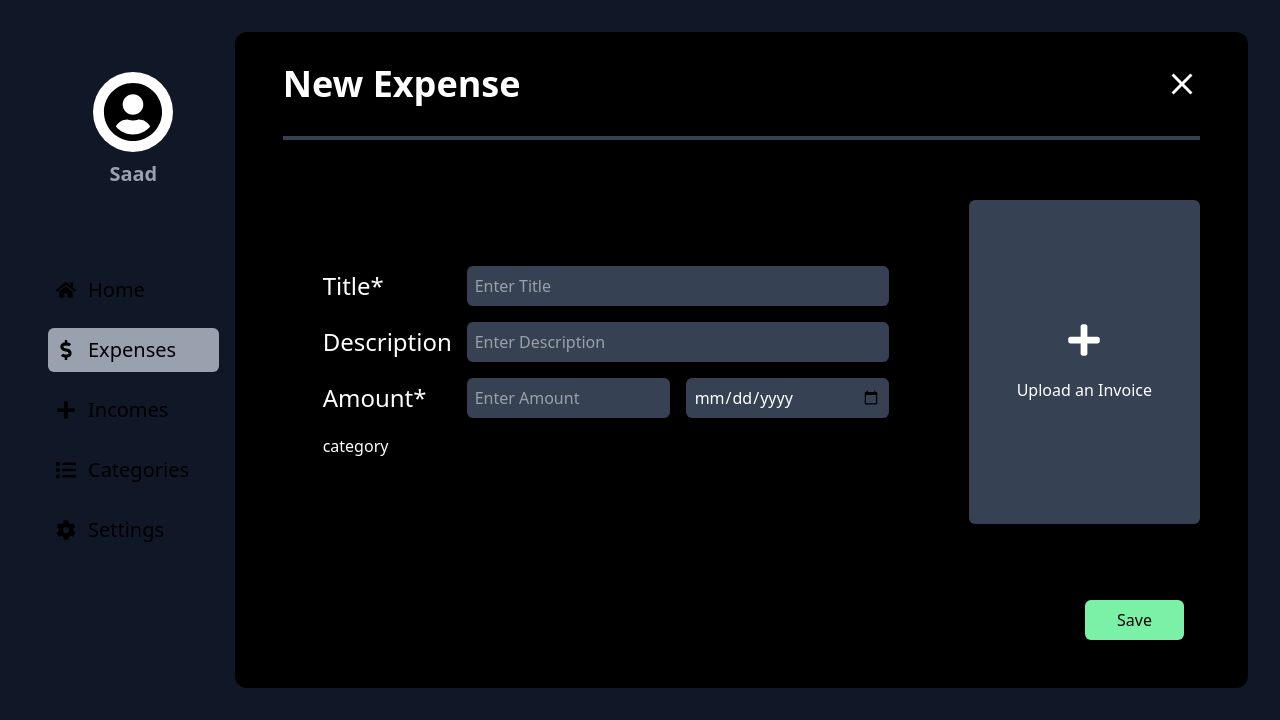
Repository: saad-naveed-brainx/Expense
Page: /expenses
An editor plug-in stored every save of this project. The page is shown before and after a run of saves, followed by the edit.
The browser window is 1280 px wide. The pictures show the whole page.
The project was rebuilt for these pictures with package versions that can differ from the ones it lists, and the page was loaded fresh each time. Also part of the build but not shown: vite.config.js, src/components/LandingPage.jsx, src/components/NotUsed.jsx.

Above is the page before, as saved 2025-09-04 17:32:27.

### index.html
<!doctype html>
<html lang="en">
  <head>
    <meta charset="UTF-8" />
    <link rel="icon" type="image/svg+xml" href="/vite.svg" />
    <link rel="stylesheet" href="/src/index.css" />
    <meta name="viewport" content="width=device-width, initial-scale=1.0" />
    <title>Vite + React</title>
  </head>
  <body>
    <div id="root"></div>
    <script type="module" src="/src/main.jsx"></script>
  </body>
</html>

### src/index.css
@import "tailwindcss";
@variant dark (.dark &);

### src/main.jsx
import { createRoot } from "react-dom/client";
import { Provider } from "react-redux";
import store from "./redux/store.js";
import "./index.css";
import App from "./App.jsx";

createRoot(document.getElementById("root")).render(

    <Provider store={store}>
      <App />
    </Provider>
);

### src/redux/store.js
import {configureStore} from '@reduxjs/toolkit'
import expenseReducer from './ExpenseSlice'
import themeReducer from './ThemeSlics'

export default configureStore({
    reducer: {
        expense: expenseReducer,
        theme: themeReducer,
    },
})

### src/App.jsx

import { Route,createBrowserRouter,createRoutesFromElements,RouterProvider } from 'react-router-dom'
import RootLayout from './components/RootLayout'
import LandingPage from './components/LandingPage'
import Expenses from './components/Expenses'
import NotUsed from './components/NotUsed'

function App() {

  const router = createBrowserRouter(
    createRoutesFromElements(
      <Route path='/' element={<RootLayout />}>
        <Route index element={<LandingPage />} />
        <Route path='/expenses' element={<Expenses />} />
        <Route path='/incomes' element={<NotUsed pageName="Incomes" />} />
        <Route path='/categories' element={<NotUsed pageName="Categories" />} />
        <Route path='/settings' element={<NotUsed pageName="Settings" />} />
      </Route>
    )
  )

  return (
    <RouterProvider router={router} />
  )
}

export default App

### src/redux/ExpenseSlice.js
import {createSlice } from '@reduxjs/toolkit'
import { v4 as uuidv4 } from 'uuid'


const initialState = {
    expenses: [{
        id: uuidv4(),
        amount: 0,
        date: null,
        category: '',
        description: '',
    }],
}


const expenseSlice = createSlice({
    name: 'expenseSlice',
    initialState,
    reducers:{
        addExpense: (state, action) =>{
            const newExpense = {
                id: uuidv4(),
                amount: action.payload.amount,
                date: new Date().toISOString(),
                category: action.payload.category,
                description: action.payload.description,
                title: '',
            }
            state.expenses.push(newExpense)
        },
        deleteExpense: (state, action) =>{
            state.expenses = state.expenses.filter(expense => expense.id !== action.payload.id)
            },
        editExpense: (state, action) =>{
            const index = state.expenses.findIndex(expense => expense.id === action.payload.id)
            if(index !== -1){
                state.expenses[index] = action.payload
            }
        },
    }
})

export const { addExpense, deleteExpense, editExpense } = expenseSlice.actions
export default expenseSlice.reducer

### src/redux/ThemeSlics.js
import { createSlice } from '@reduxjs/toolkit'

const initialState = {
    isDarkMode: localStorage.getItem('isDarkMode')? JSON.parse(localStorage.getItem('isDarkMode')):true,
}

const themeSlice = createSlice({
    name: 'themeSlice',
    initialState,
    reducers: {
        toggleTheme: (state) => {
            state.isDarkMode = !state.isDarkMode;
            localStorage.setItem('isDarkMode', JSON.stringify(state.isDarkMode));
        }
    }
})

export const { toggleTheme } = themeSlice.actions;

export default themeSlice.reducer;

### src/components/RootLayout.jsx
import React from 'react'
import LeftSection from './LeftSection'

import { Outlet } from 'react-router-dom'

export default function RootLayout() {
  return (
    <div className="flex w-full h-screen p-8 bg-gray-900">
      <div className="w-1/6">
        <LeftSection />
      </div>
      <div className="w-5/6"> <Outlet /></div>
    </div>
  );
}

### src/components/Expenses.jsx
import React from 'react'
import { IoMdClose } from "react-icons/io";
import { FaPlus } from "react-icons/fa";
import { useForm } from "react-hook-form"

export default function Expenses() {
  const {
    register,
    handleSubmit,
    watch,
    formState: { errors },
  } = useForm()

  const onSubmit = (data) => console.log(data)


  return (
    <div className='bg-black rounded-xl p-4 h-full flex flex-col py-8 px-12 text-white gap-15'>
      <div className='flex flex-col gap-8'>
      <div className='flex items-center justify-between'>
        <h1 className='text-white text-4xl font-bold'>New Expense</h1>
        <button className='text-white'>
          <IoMdClose className='text-4xl' />
        </button>
      </div>
      <div className='w-full h-1 bg-gray-700'></div>
      </div>
      <div className='flex items-center justify-evenly h-full gap-10'>
        <div className='w-full'>
          <form className='p-10 flex flex-col gap-4' onSubmit={handleSubmit(onSubmit)}>
            <div className='flex gap-4 items-center'>
              <h1 className='text-2xl w-32 shrink-0'>Title*</h1>
              <input type="text" placeholder='Enter Title' className='bg-gray-700 rounded-md p-2 flex-1 min-w-0' {...register("title", {required:true})} />
            </div>
            <div className='flex gap-4 items-center'>
              <h1 className='text-2xl w-32 shrink-0'>Description</h1>
              <input type="text" placeholder='Enter Description' className='bg-gray-700 rounded-md p-2 flex-1 min-w-0' {...register("description")} />
            </div>
            <div className='flex gap-4 items-center'>
              <h1 className='text-2xl w-32 shrink-0'>Amount*</h1>
              <input
                type="number"
                min={0}
                placeholder='Enter Amount'
                className='bg-gray-700 rounded-md p-2 flex-1 min-w-0 '
                {...register("amount", { required: true, min: 0, valueAsNumber: true })}
              />
              <input type="date"  placeholder='Select Date' className='bg-gray-700 rounded-md p-2 flex-1 min-w-0' {...register("date", {required:true})} />
            </div>
            <div className='flex gap-4 items-center'>
              <h1>category</h1>
            </div>
          </form>
        </div>
        <div className='bg-gray-700 rounded-md p-2 h-full w-full flex flex-col gap-5 items-center justify-center cursor-pointer'>
          <FaPlus className='text-4xl' />
          <h1>Upload an Invoice</h1>
        </div>
      </div>

      <div className='flex items-center justify-end p-4'>
          <button type='submit' className='bg-green-300 rounded-md p-2 text-black px-8 py-2
          '>Save</button>
      </div>
    </div>

  )
}

### src/components/LeftSection.jsx
import React from "react";
import { FaUserCircle } from "react-icons/fa";
import NavCard from "./NavCard";
import { FaHome, FaDollarSign, FaPlus, FaList, FaCog } from "react-icons/fa";

const navJson = [
  {
    path: "/",
    title: "Home",
    icon: FaHome,
  },
  {
    path: "/expenses",
    title: "Expenses",
    icon: FaDollarSign,
  },
  {
    path: "/incomes",
    title: "Incomes",
    icon: FaPlus,
  },
  {
    path: "/categories",
    title: "Categories",
    icon: FaList,
  },
  {
    path: "/settings",
    title: "Settings",
    icon: FaCog,
  },
];

export default function LeftSection() {
  return (
    <div className="flex flex-col items-center justify-center p-4 pt-10 gap-20">
      <div className="flex flex-col items-center justify-center gap-2">
        <div className="rounded-full bg-white w-20 h-20 flex items-center justify-center">
          <FaUserCircle className="text-black text-6xl" />
        </div>
        <div className="text-gray-400 text-xl font-bold">Saad</div>
      </div>
      <div className="flex flex-col items-center justify-center gap-4 w-full">
        {navJson.map((item) => (
          <NavCard
            key={item.title}
            title={item.title}
            path={item.path}
            icon={item.icon}
          />
        ))}
      </div>
    </div>
  );
}

### src/components/NavCard.jsx
import React from "react";
import { NavLink } from "react-router-dom";

export default function NavCard({ title, icon: Icon, path }) {
    return (
        <NavLink
            to={path}
            className={({ isActive }) => `flex items-center justify-start cursor-pointer gap-3 p-2 rounded-md w-full ${isActive ? 'bg-gray-400' : ''}`}
        >
            {({ isActive }) => (
                <>
                    <Icon className={`text-black text-xl dark:text-white`} />
                    <h1 className={`text-black text-xl dark:text-white`}>{title}</h1>
                </>
            )}
        </NavLink>
    )
}

After the next 3 saves:
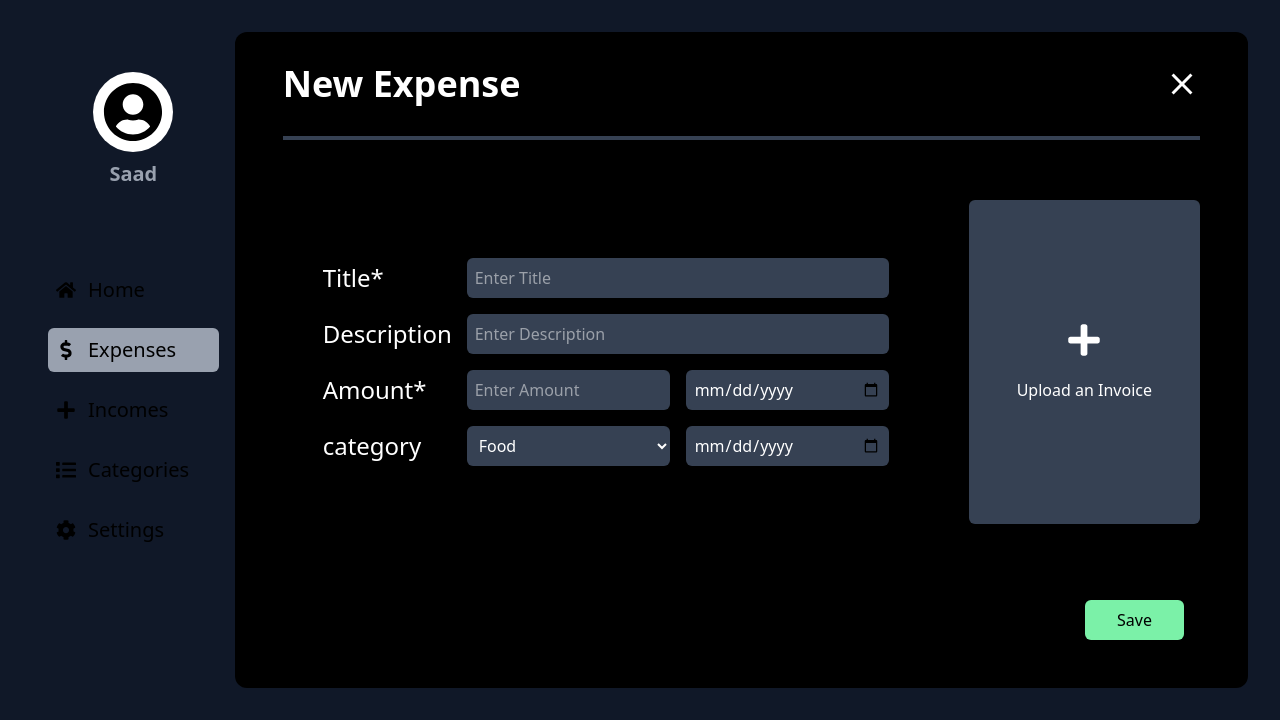
The 3 saves are shown as one change because they came seconds apart.
The last was saved 10 s later.
--- a/src/components/Expenses.jsx
+++ b/src/components/Expenses.jsx
@@ -48,7 +48,14 @@ export default function Expenses() {
               <input type="date"  placeholder='Select Date' className='bg-gray-700 rounded-md p-2 flex-1 min-w-0' {...register("date", {required:true})} />
             </div>
             <div className='flex gap-4 items-center'>
-              <h1>category</h1>
+              <h1 className='text-2xl w-32 shrink-0'>category</h1>
+              <select className='bg-gray-700 rounded-md p-2 flex-1 min-w-0' {...register("category", {required:true})}>
+                <option value="food">Food</option>
+                <option value="transport">Transport</option>
+                <option value="housing">Housing</option>
+                <option value="utilities">Utilities</option>
+              </select>
+              <input type="date"  placeholder='Select Date' className='bg-gray-700 rounded-md p-2 flex-1 min-w-0' {...register("date", {required:true})} />
             </div>
           </form>
         </div>
